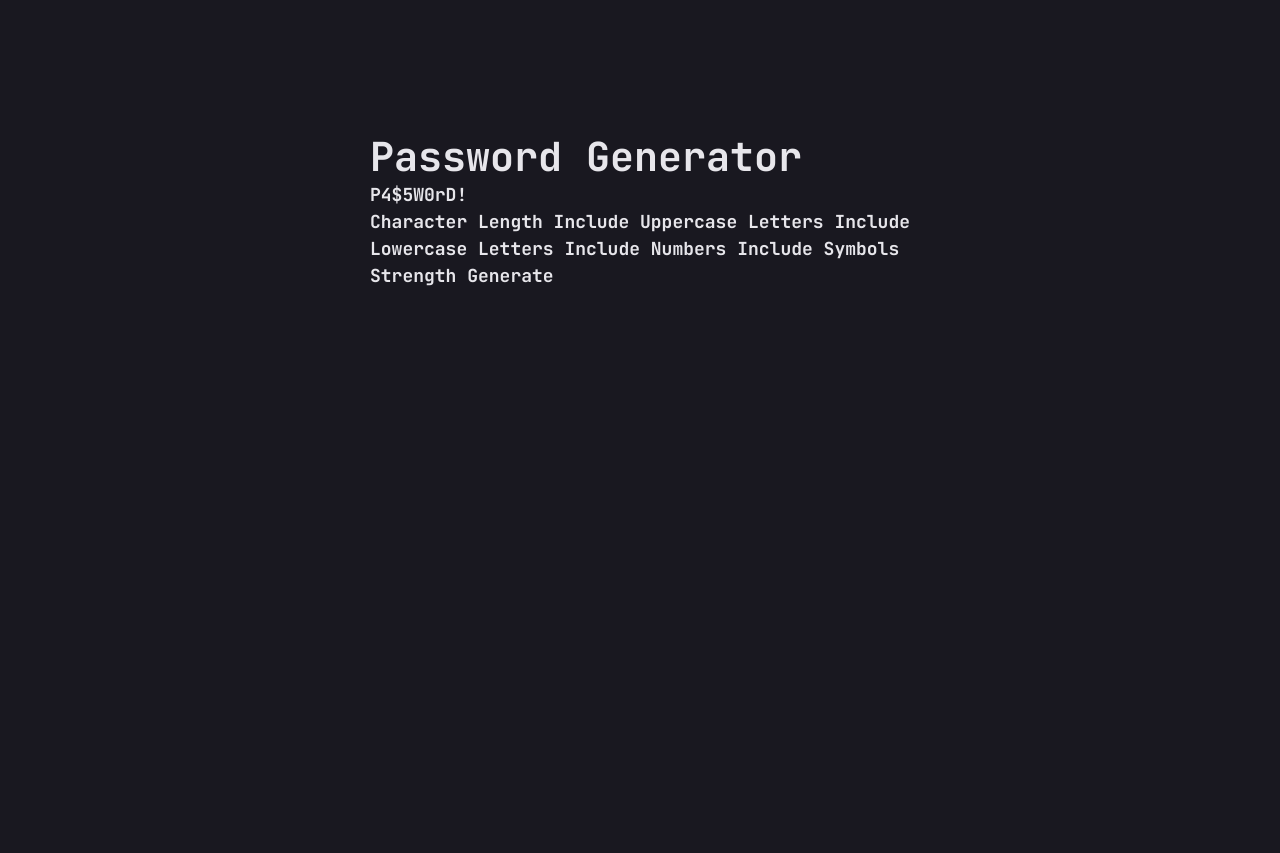
Repository: blordeus/password-generator-app
Page: starter-code/index.html
These files come from the project's save history. The page is drawn as it stood at one moment and after a run of saves; the edit follows.
The browser window is 1280 px wide. The pictures show the whole page.

Above is the page before, as saved 2023-10-05 19:53:24.

After the next 3 saves:
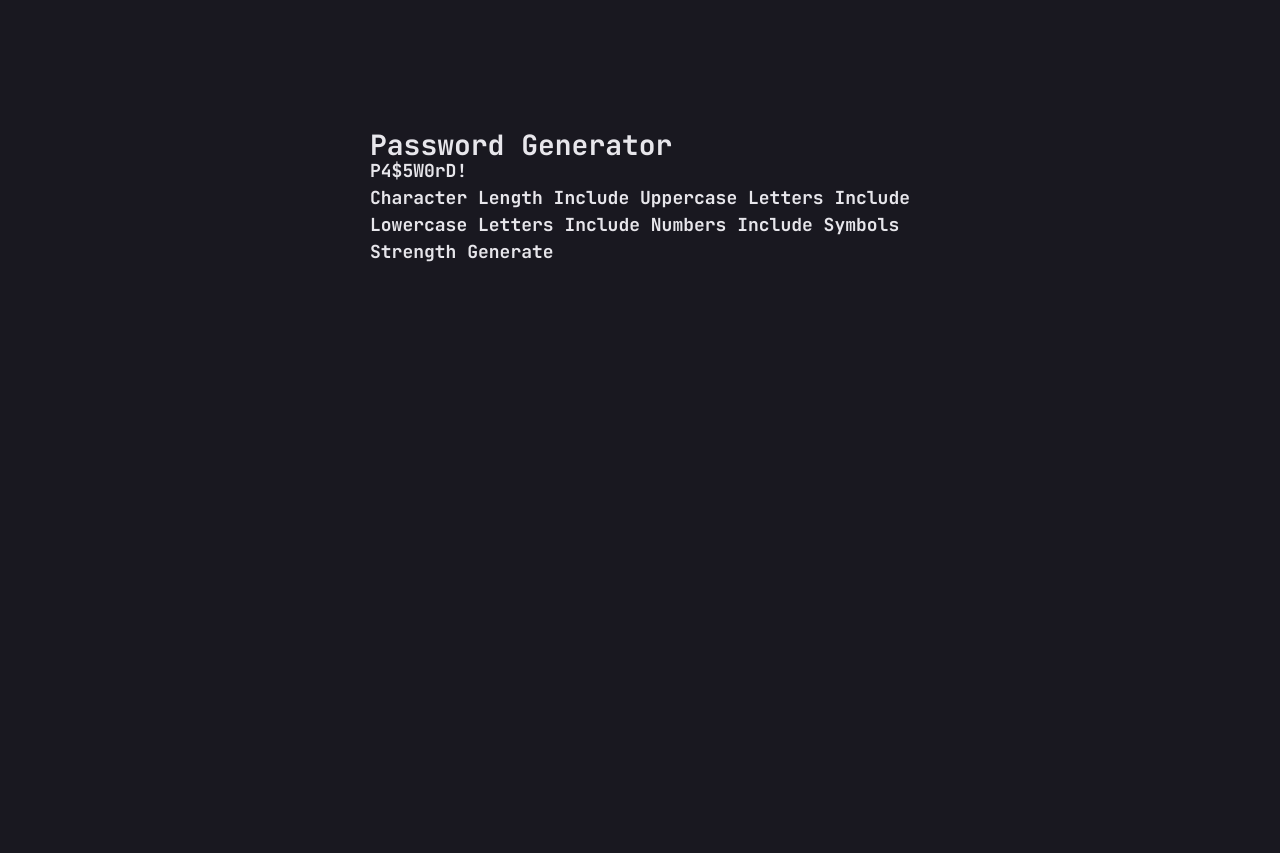
The 3 saves are shown as one change because they came seconds apart.
The last was saved 16 s later.
--- a/starter-code/index.html
+++ b/starter-code/index.html
@@ -13,7 +13,7 @@
 <body>
 <main class="main">
 
-    <h1>Password Generator</h1>
+    <h1 class="fs-3 ">Password Generator</h1>
 
     <div>
       <p>P4$5W0rD!</p>
